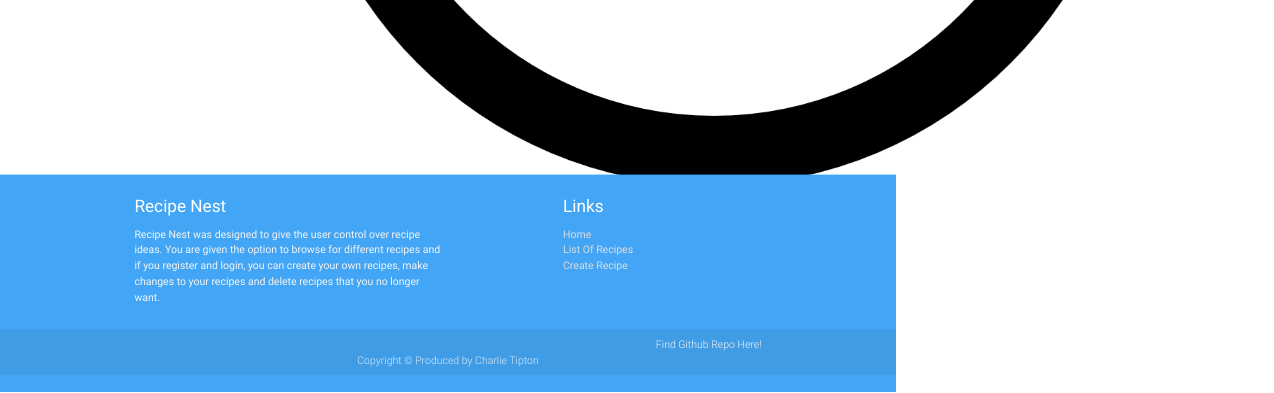
Repository: CharlieJT/Recipes
Page: templates/search.html
The author's editor kept a record of every edit. The page is drawn from the files as they stood at one moment, then again after the next edit.
The browser window is 1280 px wide. The page is 1820 px wide, so the pictures cover 1820 px, including what lies to the right of the window. The pictures show the part of the page from y = 1558 to 2918 px (the page is 2119 px tall before and 3657 px after), at 70% of full size.
Some web libraries are served in a nearby version. The page is served by the project's application, run on Flask 3 (app.py). The template is opened directly, without the code that normally fills it, so the values that code supplies are empty.

Above is the page before.

After the next edit:
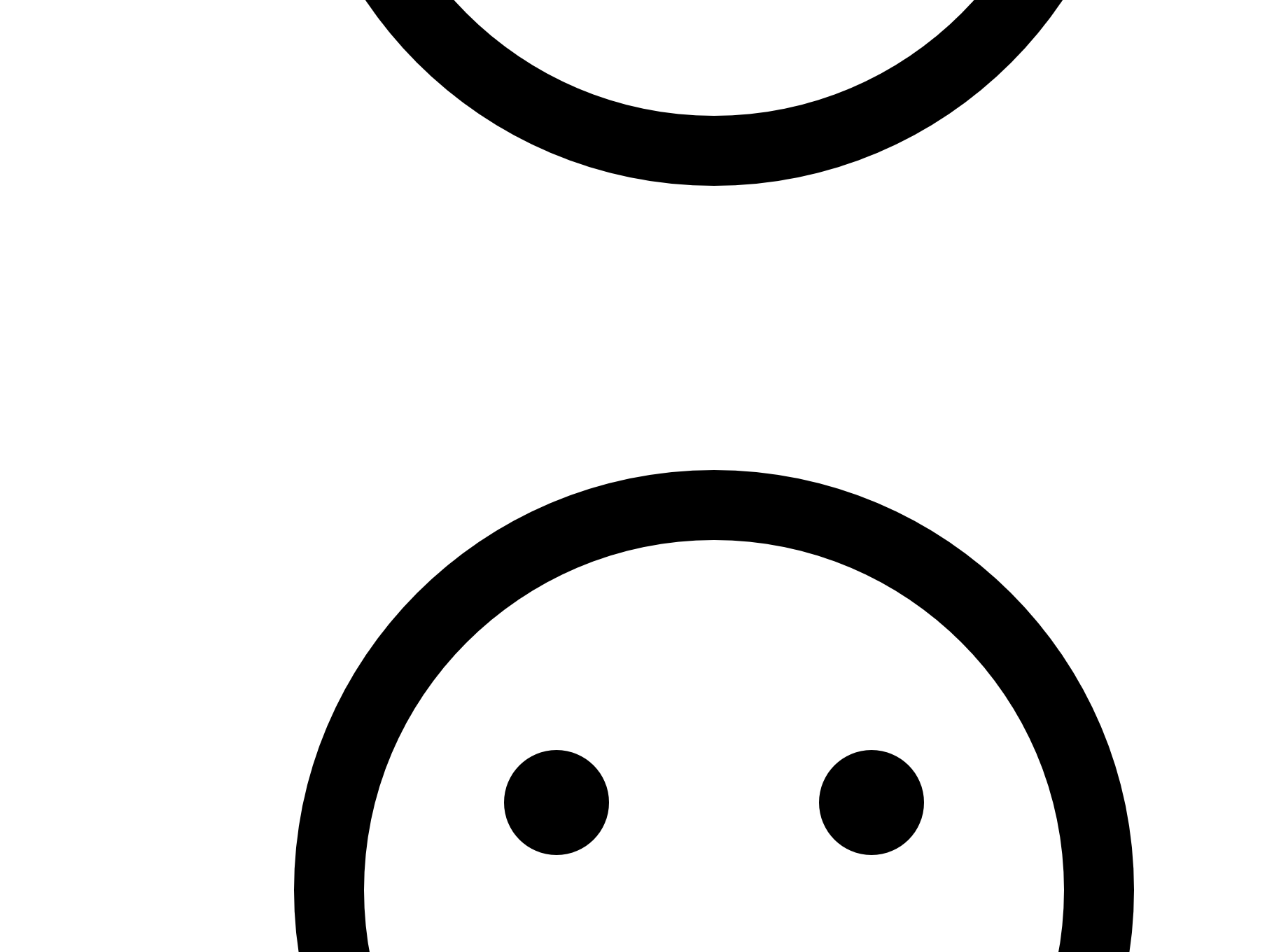
The edit:
--- a/templates/search.html
+++ b/templates/search.html
@@ -86,8 +86,13 @@
             <div class="row">
                 <div class="no-results-column col s12">
                     <img class="sad-face-no-results" src="{{ url_for('static', filename='/images/sad-face.png') }}"></img>
-                    <h4 class="text-center">No results have been found</h4>
+
                 </div>
+                <div class="no-results-column col s12">
+                    <img class="sad-face-no-results" src="{{ url_for('static', filename='/images/sad-face.png') }}"></img>
+
+                </div>
+
             </div>
         </div>
         {% endif %}

After the edit that followed:
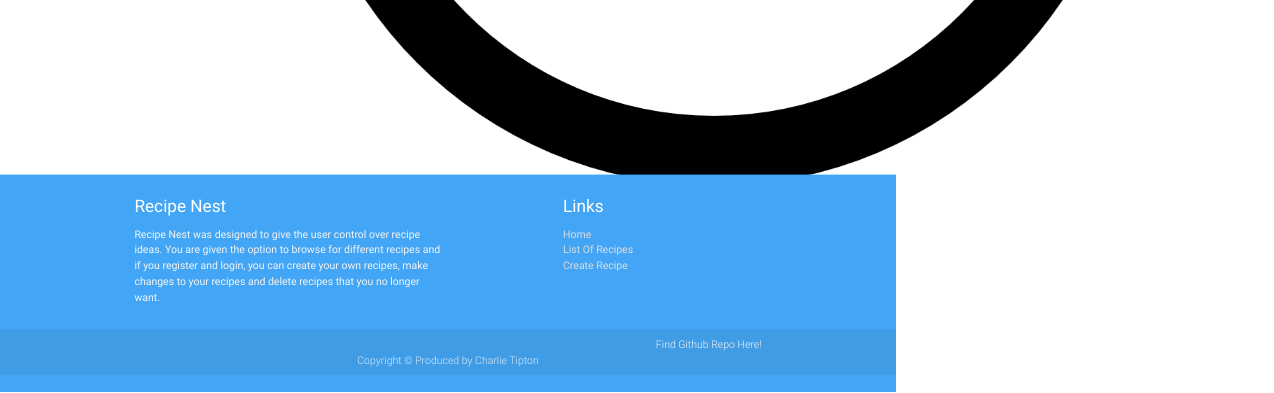
The edit:
--- a/templates/search.html
+++ b/templates/search.html
@@ -89,8 +89,7 @@
 
                 </div>
                 <div class="no-results-column col s12">
-                    <img class="sad-face-no-results" src="{{ url_for('static', filename='/images/sad-face.png') }}"></img>
-
+                    <h4 class="text-center">No results have been found</h4>
                 </div>
 
             </div>
